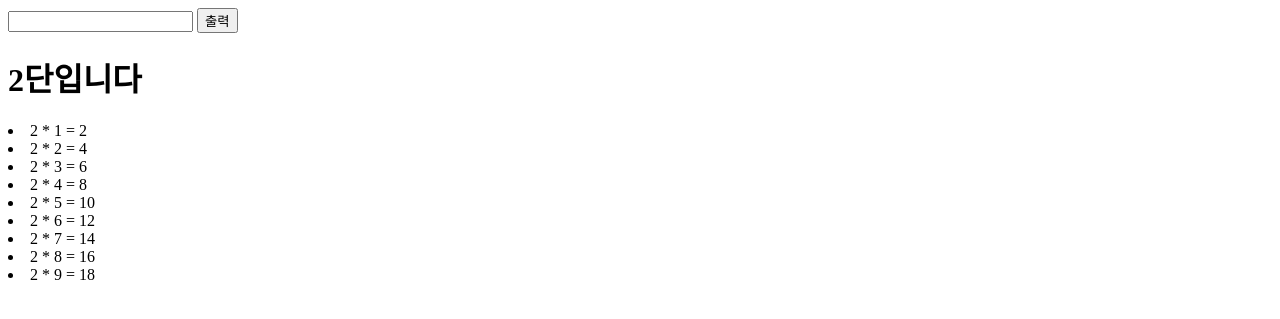
Repository: jwjb1020/Java_tomcat_jsp
Page: http://localhost/ServletStudy/gugudan1
The author's editor kept a copy of each file at every save. The page is drawn from the files as they stood at one save, then again after the next save.
The browser window is 1280 px wide. The pictures show the whole page.
The page is served by Tomcat 9.

Above is the page before, as saved 2023-05-11 07:57:23.

After the next save:
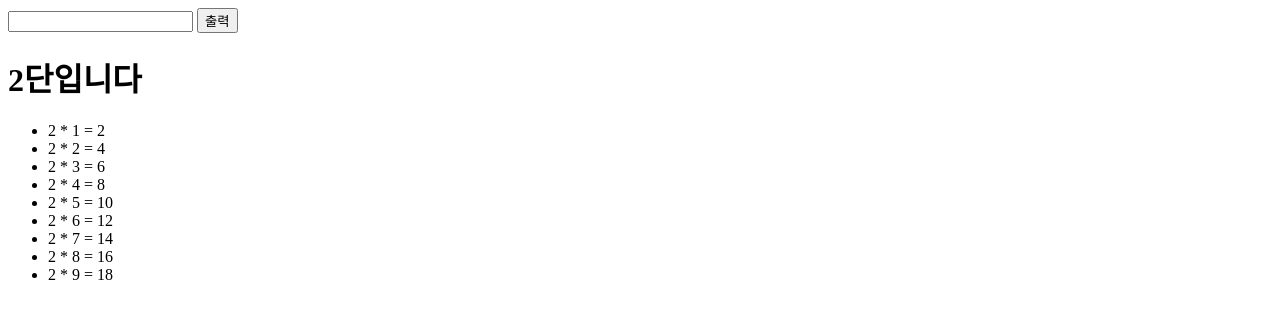
Saved 35 s later.
--- a/ServletStudy/src/main/java/edu/pnu/servlet/GugudanServelet.java
+++ b/ServletStudy/src/main/java/edu/pnu/servlet/GugudanServelet.java
@@ -30,13 +30,14 @@ public class GugudanServelet extends HttpServlet {
 
 				System.out.println("1");
 				out.printf("<h1>%d단입니다</h1>", num);
-
+				out.println("<ul>");
 
 				for (int i = 1; i <= 9; i++) {
 					res = num * i;
 					out.printf("<li> %d * %d = %d </li>", num, i, res);
 
 				}
+				out.println("</table>");
 			} else {
 				out.println("<table border = \"1\" style = \"width:200px; text-align:center;\">");
 				out.println("<tr><td>" + num + "단입니다.</td></tr>");
@@ -45,7 +46,7 @@ public class GugudanServelet extends HttpServlet {
 					out.printf("<td><tr> %d * %d = %d </td></tr>\n", num, i, res);
 
 				}
-				out.println("</table>");
+				out.println("</ul>");
 
 			}
 			out.println("<script>");
